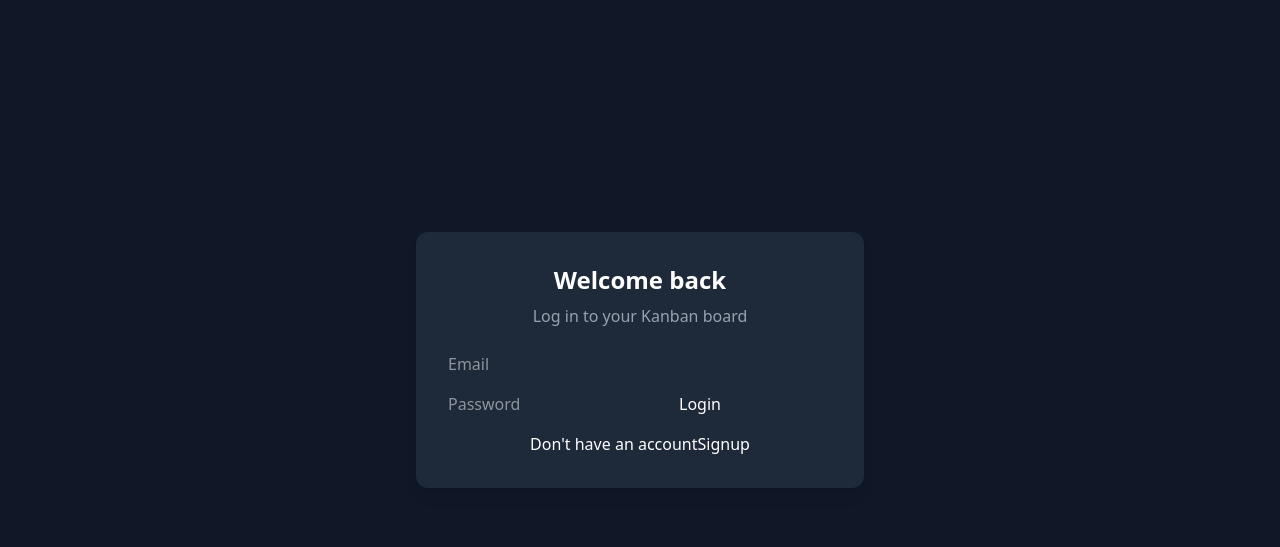
Repository: Reno-mathews/Kanban-Board-MERN
Page: / (app in frontend/)
These files come from the project's save history. The page is drawn as it stood at one moment and after the next save; the edit follows.
The browser window is 1280 px wide. The pictures show the whole page.
The project was rebuilt for these pictures with package versions that can differ from the ones it lists, and the page was loaded fresh each time. Also part of the build but not shown: frontend/vite.config.js, frontend/src/components/TaskCard.jsx, frontend/src/components/Column.jsx, frontend/src/components/SearchBar.jsx, frontend/src/components/AddTaskModal.jsx, frontend/src/components/EditTaskModal.jsx, frontend/src/hooks/useKanbanBoard.js, frontend/src/components/Board.jsx and 1 more.

Above is the page before, as saved 2026-01-29 10:01:22.

After the next save:
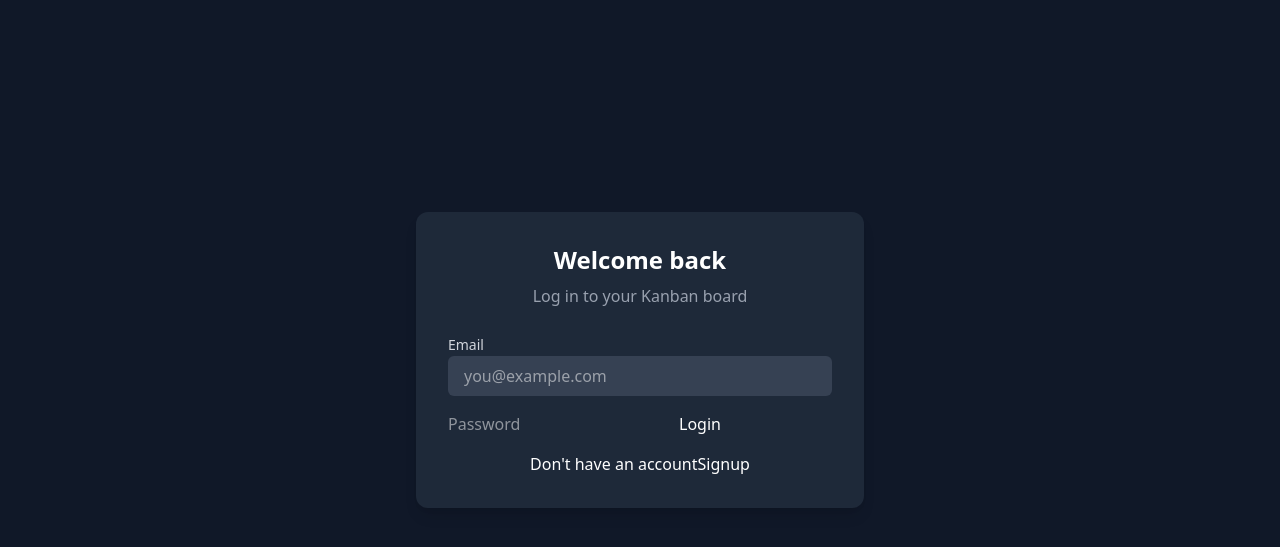
Saved 5 min 56 s later.
--- a/frontend/src/components/AuthForm.jsx
+++ b/frontend/src/components/AuthForm.jsx
@@ -24,14 +24,16 @@ function AuthForm ({
                         }}
                         className="space-y-4"
                     >
+                        <div className="space-y-1">
+                            <label className="text-sm text-gray-300">Email</label>
                             <input
-                             className=""
-                             type="email"
-                             placeholder="Email"
+                            type="email"
+                             className="w-full px-4 py-2 rounded-md bg-gray-700 text-white focus:outline-none focus:ring-2 focus:ring-blue-500"
+                             placeholder="you@example.com"
                              value={email}
                              onChange={(e) => setEmail(e.target.value)}
                             />
-
+                        </div>
                             <input
                                 className=""
                                 type="password"
